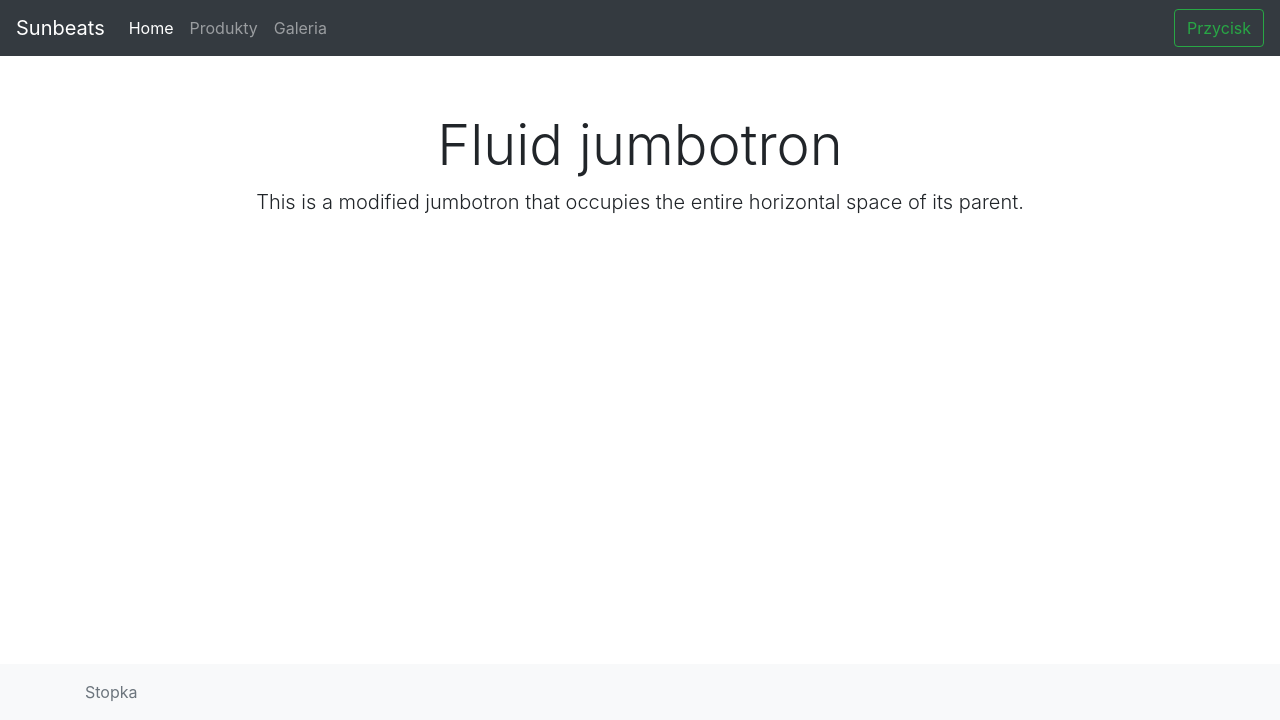
Repository: Audio-site/sunbeats
Page: index.html
An editor plug-in stored every save of this project. The page is shown before and after the next save, followed by the edit.
The browser window is 1280 px wide. The pictures show the whole page.

Above is the page before, as saved 2020-08-25 00:30:01.

### index.html
<!doctype html>
<html lang="en" class="h-100">
  <head>
    <meta charset="utf-8">
    <meta name="viewport" content="width=device-width, initial-scale=1, shrink-to-fit=no">
    <meta name="description" content="">
    <meta name="author" content="Mark Otto, Jacob Thornton, and Bootstrap contributors">
    <meta name="generator" content="Jekyll v4.1.1">
    <title>Sunbeats</title>

    <link rel="canonical" href="https://getbootstrap.com/docs/4.5/examples/sticky-footer-navbar/">

    <!-- Bootstrap core CSS -->
<link href="../assets/dist/css/bootstrap.min.css" rel="stylesheet">

  </head>
  <body class="d-flex flex-column h-100">
    <header>
  <!-- Fixed navbar -->
  <nav class="navbar navbar-expand-md navbar-dark fixed-top bg-dark">
    <a class="navbar-brand" href="#">Sunbeats</a>
    <button class="navbar-toggler" type="button" data-toggle="collapse" data-target="#navbarCollapse" aria-controls="navbarCollapse" aria-expanded="false" aria-label="Toggle navigation">
      <span class="navbar-toggler-icon"></span>
    </button>
    <div class="collapse navbar-collapse" id="navbarCollapse">
      <ul class="navbar-nav mr-auto">
        <li class="nav-item active">
          <a class="nav-link" href="../index.html">Home <span class="sr-only">(current)</span></a>
        </li>
        <li class="nav-item">
          <a class="nav-link" href="../products.html">Produkty</a>
        </li>
        <li class="nav-item">
          <a class="nav-link" href="#">Galeria</a>
        </li>
      </ul>
        <button class="btn btn-outline-success my-2 my-sm-0" type="submit">Przycisk</button>
    </div>
  </nav>
</header>

<!-- Begin page content -->
<main role="main">
<div class="jumbotron jumbotron-fluid text-center my-5 bg-white">
  <div class="container">
    <h1 class="display-4">Fluid jumbotron</h1>
    <p class="lead">This is a modified jumbotron that occupies the entire horizontal space of its parent.</p>
  </div>
</div>
</main>


<footer class="footer mt-auto py-3 bg-light">
  <div class="container">
    <span class="text-muted">Stopka</span>
  </div>
</footer>
<script src="https://code.jquery.com/jquery-3.5.1.slim.min.js" integrity="sha384-DfXdz2htPH0lsSSs5nCTpuj/zy4C+OGpamoFVy38MVBnE+IbbVYUew+OrCXaRkfj" crossorigin="anonymous"></script>
      <script>window.jQuery || document.write('<script src="../assets/js/vendor/jquery.slim.min.js"><\/script>')</script><script src="../assets/dist/js/bootstrap.bundle.min.js"></script>
</html>

Loaded but not shown: assets/dist/css/bootstrap.min.css (library); assets/dist/js/bootstrap.bundle.min.js (library)

After the next save:
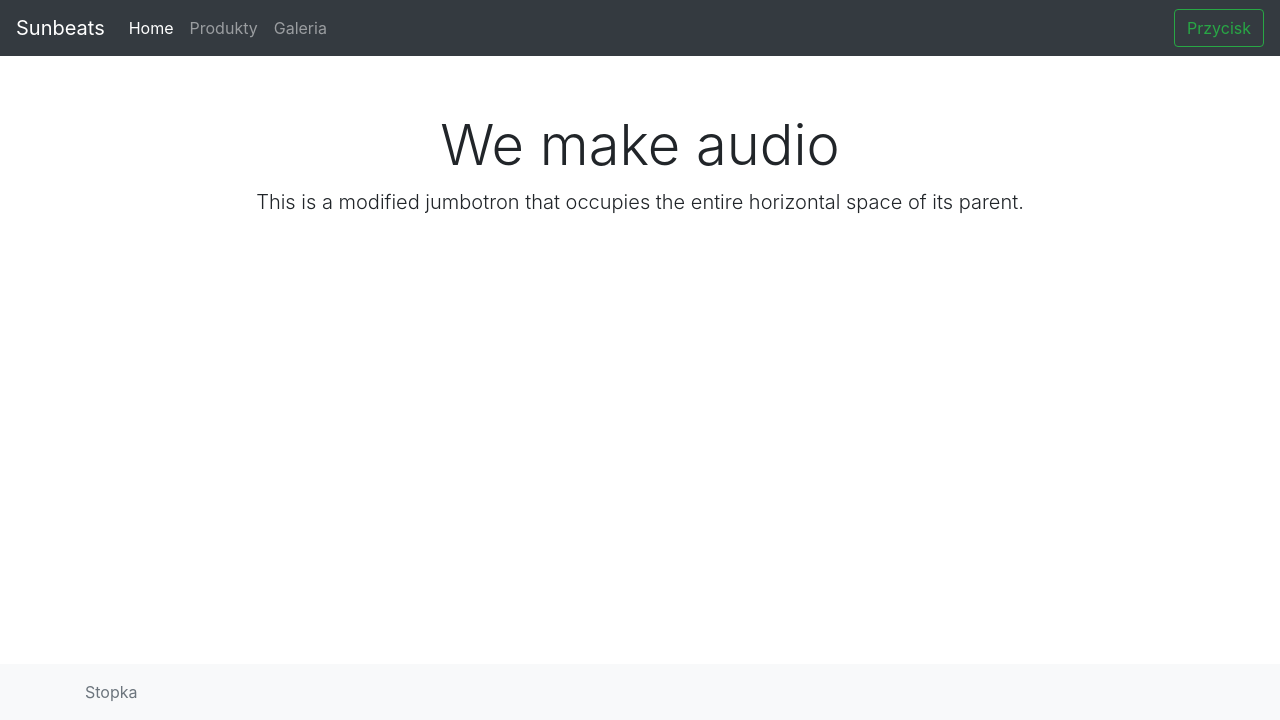
Saved 24 s later.
--- a/index.html
+++ b/index.html
@@ -43,7 +43,7 @@
 <main role="main">
 <div class="jumbotron jumbotron-fluid text-center my-5 bg-white">
   <div class="container">
-    <h1 class="display-4">Fluid jumbotron</h1>
+    <h1 class="display-4">We make audio</h1>
     <p class="lead">This is a modified jumbotron that occupies the entire horizontal space of its parent.</p>
   </div>
 </div>
